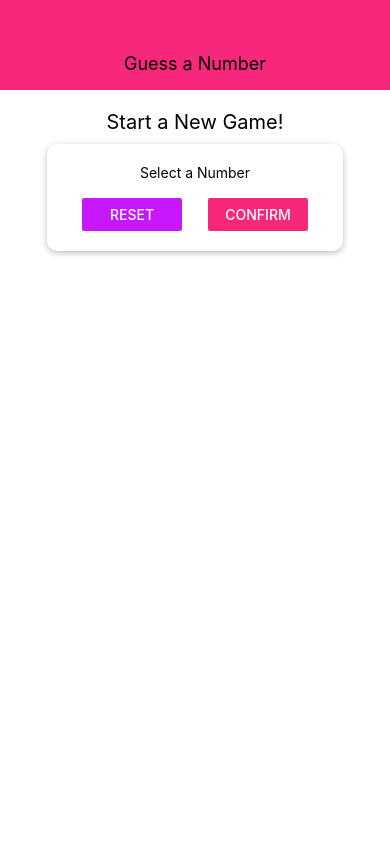
Repository: jes-wd/rn-num-guess
Screen: /
The author's editor kept a copy of each file at every save. The screen is drawn from the files as they stood at one save, then again after the next save.
The app was drawn by React Native's web renderer in a window 390 px wide. The project was rebuilt for these pictures with package versions that can differ from the ones it lists, and the page was loaded fresh each time.

Above is the screen before, as saved 2020-03-21 22:24:17.

### App.js
import React from 'react';
import { StyleSheet, View } from 'react-native';

import Header from './components/Header';
import StartGameScreen from './screens/StartGameScreen';

export default function App() {
  return (
    <View style={styles.screen}>
      <Header title="Guess a Number" />
      <StartGameScreen />
    </View>
  );
}

const styles = StyleSheet.create({
  screen: {
    flex: 1
  }
});

### components/Header.js
import React from 'react';
import { View, Text, StyleSheet } from 'react-native';

const Header = props => {
  return(
    <View style={styles.header}>
      <Text style={styles.headerTitle}>{props.title}</Text>
    </View>
  );
};

const styles = StyleSheet.create({
  header: {
    width: '100%',
    height: 90,
    paddingTop: 36,
    backgroundColor: '#f7287b',
    alignItems: 'center',
    justifyContent: 'center'
  },
  headerTitle: {
    color: 'black',
    fontSize: 18
  }
});

export default Header;

### screens/StartGameScreen.js
import React from 'react';
import { View, Text, StyleSheet, TextInput, Button } from 'react-native';

import Card from '../components/Card';
import Colors from '../constants/Colors';

const StartGameScreen = props => {
  return (
    <View style={styles.screen}>
      <Text style={styles.title}>Start a New Game!</Text>
      <Card style={styles.inputContainer}>
        <Text>Select a Number</Text>
        <TextInput />
        <View style={styles.buttonContainer}>
          <View style={styles.button}>
            <Button title="Reset" onPress={() => {}} color="#c717fc" />
          </View>
          <View style={styles.button}>
            <Button title="Confirm" onPress={() => {}} color="#f7287b" />
          </View>
        </View>
      </Card>
    </View>
  );
};

const styles = StyleSheet.create({
  screen: {
    flex: 1,
    padding: 10,
    alignItems: 'center'
  },
  title: {
    fontSize: 20,
    marginVertical: 10
  },
  inputContainer: {
    width: 300,
    maxWidth: '80%',
    alignItems: 'center'
  },
  buttonContainer: {
    flexDirection: 'row',
    width: '100%',
    justifyContent: 'space-between',
    paddingHorizontal: 15
  },
  button: {
    width: 100
  }
});

export default StartGameScreen;

### constants/Colors.js
export default {
  primary: '#c717fc',
  accent: '#f7287b'
}

Loaded but not shown: components/Card.js (common file)

After the next save:
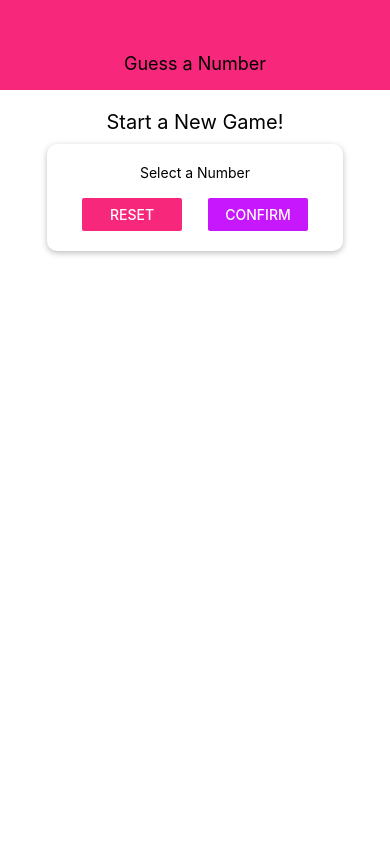
Saved 20 s later.
--- a/screens/StartGameScreen.js
+++ b/screens/StartGameScreen.js
@@ -13,10 +13,10 @@ const StartGameScreen = props => {
         <TextInput />
         <View style={styles.buttonContainer}>
           <View style={styles.button}>
-            <Button title="Reset" onPress={() => {}} color="#c717fc" />
+            <Button title="Reset" onPress={() => {}} color={Colors.accent} />
           </View>
           <View style={styles.button}>
-            <Button title="Confirm" onPress={() => {}} color="#f7287b" />
+            <Button title="Confirm" onPress={() => {}} color={Colors.primary} />
           </View>
         </View>
       </Card>
